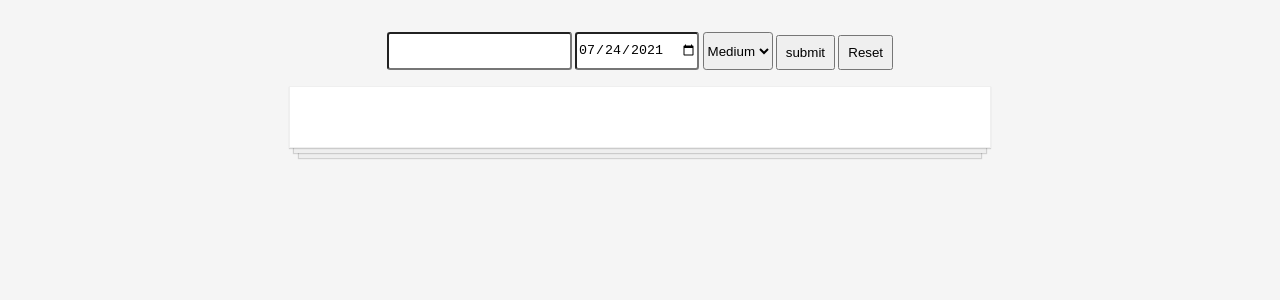
Repository: 0101chaitanya/react-todo
Page: /
The author's editor kept a copy of each file at every save. The page is drawn from the files as they stood at one save, then again after the next save.
The browser window is 1280 px wide. The pictures show the whole page.
The project was rebuilt for these pictures with package versions that can differ from the ones it lists, and the page was loaded fresh each time. Also part of the build but not shown: src/components/TodoItem.js.

Above is the page before, as saved 2021-07-24 16:38:16.

### src/index.js
import React from "react";
import ReactDOM from "react-dom";
import "./index.css";
import App from "./App";
import reportWebVitals from "./reportWebVitals";
import css from "./App.css";

ReactDOM.render(
  <React.StrictMode>
    <App />
  </React.StrictMode>,
  document.getElementById("root")
);

// If you want to start measuring performance in your app, pass a function
// to log results (for example: reportWebVitals(console.log))
// or send to an analytics endpoint. Learn more: https://bit.ly/CRA-vitals
reportWebVitals();

### src/App.js
import React, { Component } from "react";
import TodoState from "./components/todoState";
import InputForm from "./components/InputForm";
import uniqid from "uniqid";
import { format } from "date-fns";
import css from "./App.css";
class App extends Component {
  constructor() {
    super();
    this.handleSubmit = this.handleSubmit.bind(this);
    this.state = {
      tasksArray: JSON.parse(localStorage.getItem("tasksArray")) ?? [],
    };
  }
  handleSubmit(e, input, context) {
    input.id = uniqid();

    e.preventDefault();
    this.setState(
      (prevState) => ({
        tasksArray: prevState.tasksArray.concat(input),
      }),
      () => {
        localStorage.setItem(
          "tasksArray",
          JSON.stringify(this.state.tasksArray)
        );
      }
    );

    console.log(this.state.tasksArray);
    //e.target.reset();
    e.target.submit();
  }

  render() {
    //localStorage.removeItem("tasksArray");
    //localStorage.clear();
    localStorage.setItem("tasksArray", JSON.stringify(this.state.tasksArray));
    console.log(this.state.tasksArray);

    //console.log(JSON.parse(localStorage.getItem("tasksArray")));
    return (
      <div>
        <InputForm
          className="input-form"
          //item={this.cache}
          //handleNoSubmission={this.handleNoSubmission}
          handleSubmit={this.handleSubmit}
        />
        <TodoState tasksArray={this.state.tasksArray} />
      </div>
    );
  }
}

export default App;

### src/App.css
body {
  background-color: whitesmoke;
}

.todo-list {
  background-color: white;
  margin: auto;
  width: 50%;
  display: flex;
  flex-direction: column;
  align-items: center;
  border: 1px solid #efefef;
  box-shadow:
    /* The top layer shadow */ 0 1px 1px rgba(0, 0, 0, 0.15),
    /* The second layer */ 0 10px 0 -5px #eee,
    /* The second layer shadow */ 0 10px 1px -4px rgba(0, 0, 0, 0.15),
    /* The third layer */ 0 20px 0 -10px #eee,
    /* The third layer shadow */ 0 20px 1px -9px rgba(0, 0, 0, 0.15);
  padding: 30px;
}

.todo-item {
  display: flex;
  justify-content: flex-start;
  align-items: center;
  padding: 30px 20px 0;
  width: 70%;
  border-bottom: 1px solid #cecece;
  font-family: Roboto, sans-serif;
  font-weight: 100;
  font-size: 15px;
  color: #333333;
}

input[type="checkbox"] {
  margin-right: 10px;
  font-size: 30px;
}

input[type="checkbox"]:focus {
  outline: 0;
}

.input-form {
  font-size: 1.6rem;
  display: grid;
  justify-content: center;
  position: relative;
  top: 2rem;
  margin-bottom: 3rem;
  grid-auto-flow: column;
  grid-gap: 0.2rem;
}
.input-form > * {
  border-radius: 0.2rem;
}
button,
input[type="submit"],
input[type="reset"] {
  padding: 0.5rem;
}

### src/components/todoState.js
import React from "react";
import TodoItem from "./TodoItem";
import css from "../App.css";
class TodoState extends React.Component {
  constructor(props) {
    super(props);
    this.state = {
      todos: this.props.tasksArray || [],
    };
    this.handleChange = this.handleChange.bind(this);
    //this.handleSubmit = this.handleSubmit.bind(this);
    this.deleteTask = this.deleteTask.bind(this);
    this.callSubmit = this.callSubmit.bind(this);
  }
  callSubmit(e, id, sentState) {
    this.setState(
      (prevState) => {
        const newTd = prevState.todos.map((todo) => {
          if (todo.id === id) {
            todo = sentState;
            return todo;
          } else {
            return todo;
          }
        });
        console.log(newTd);

        return {
          todos: newTd,
        };
      },
      (e) =>
        localStorage.setItem("tasksArray", JSON.stringify(this.state.todos))
    );
  }

  deleteTask(e, id) {
    this.setState(
      (prevState) => {
        const newTd = prevState.todos.filter((todo) => {
          return todo.id === id ? false : todo;
        });
        console.log(newTd);

        return {
          todos: newTd,
        };
      },
      (e) =>
        localStorage.setItem("tasksArray", JSON.stringify(this.state.todos))
    );
  }
  handleChange(id) {
    this.setState(
      (prevState) => {
        const newTodos = prevState.todos.map((todo) => {
          if (todo.id === id) {
            return {
              ...todo,
              completed: !todo.completed,
            };
          }
          return todo;
        });
        return {
          todos: newTodos,
        };
      },
      (e) =>
        localStorage.setItem("tasksArray", JSON.stringify(this.state.todos))
    );
  }
  render() {
    const todoItems = this.state.todos.map((item) => (
      <TodoItem
        key={item.id}
        item={item}
        callSubmit={this.callSubmit}
        deleteTask={this.deleteTask}
        handleChange={this.handleChange}
      />
    ));

    return (
      <div>
        <div className="todo-list">{todoItems}</div>
      </div>
    );
  }
}

export default TodoState;

### src/components/InputForm.js
import React from "react";
import uniqid from "uniqid";
import parseISO from "date-fns/parseISO";
import differenceInDays from "date-fns/differenceInDays";
import { format } from "date-fns";

class InputForm extends React.Component {
  constructor(props) {
    super(props);
    this.state = this.props.item || {
      description: "",
      date: format(new Date(), "yyyy-MM-dd"),
      priority: "medium",
      completed: false,
    };
    this.handleChange = this.handleChange.bind(this);
  }

  handleChange(e) {
    const { name, value } = e.target;
    this.setState({
      ...this.state,

      [name]: value,
    });
  }

  render() {
    const bin = this.props.item;

    return (
      <form
        className="input-form"
        onSubmit={(e) => {
          this.props.handleSubmit(e, this.state, this);
          this.setState({
            description: "",
            date: format(new Date(), "yyyy-MM-dd"),
            priority: "medium",
            id: uniqid(),
            priorityTags: ["medium"],
            dateTags: [],
            completed: false,
          });
        }}
        onReset={(e) => {
          //e.preventDefault();
          this.setState({
            state: bin,
          });
        }}
      >
        <input
          onChange={this.handleChange}
          value={this.state.description}
          name="description"
          type="text"
          required
        />
        <input
          required
          onChange={this.handleChange}
          value={this.state.date}
          name="date"
          type="date"
        />
        <select
          onChange={this.handleChange}
          value={this.state.priority}
          name="priority"
          required
        >
          <option value="low">Low</option>
          <option value="medium">Medium</option>
          <option value="high">High</option>
        </select>

        <label>
          <input type="submit" value="submit" />
        </label>
        <label>
          <input type="reset" value="Reset" />
        </label>
      </form>
    );
  }
}
export default InputForm;

Loaded but not shown: public/index.html (common file); src/index.css (common file); src/reportWebVitals.js (common file)

After the next save:
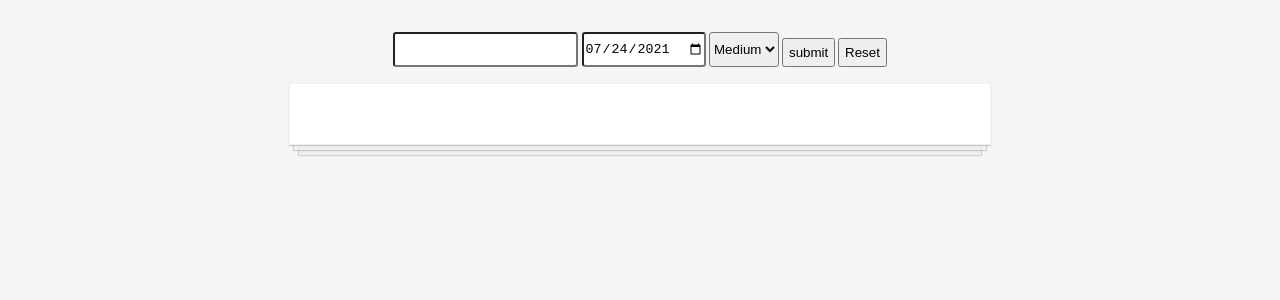
Saved 4 s later.
--- a/src/App.css
+++ b/src/App.css
@@ -57,5 +57,5 @@ input[type="checkbox"]:focus {
 button,
 input[type="submit"],
 input[type="reset"] {
-  padding: 0.5rem;
+  padding: 0.3rem;
 }
